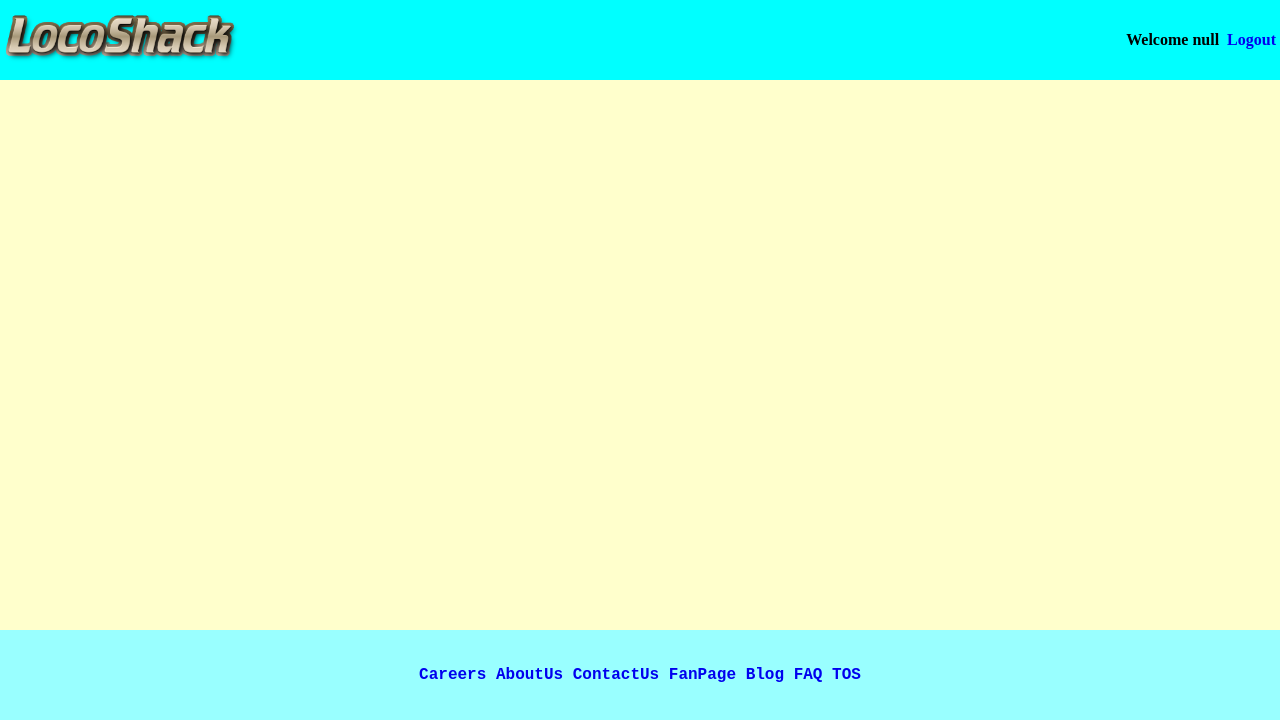
Repository: nicks707/LocoShack_TGMC-project
Page: http://localhost/ram/createsurvey.jsp
These files come from the project's save history. The page is drawn as it stood at one moment and after the next save; the edit follows.
The browser window is 1280 px wide. The pictures show the whole page.
The page is served by Tomcat 9. Other server files are loaded and not shown.

Above is the page before, as saved 2012-03-21 05:47:57.

### ram/WebContent/createsurvey.jsp
<%@ page language="java" contentType="text/html; charset=ISO-8859-1"
    pageEncoding="ISO-8859-1"%>
<!DOCTYPE html PUBLIC "-//W3C//DTD HTML 4.01 Transitional//EN" "http://www.w3.org/TR/html4/loose.dtd">
<html>
<head>
<meta http-equiv="Content-Type" content="text/html; charset=ISO-8859-1">
<title>LocoShack-Create Survey</title>
<style>
html, body,table
{
  height: 100%;
  width:100%;
}
</style>

</head>
<body style="margin-top:0px;margin-left:0px;margin-right:0px">
<table width="100%" cellpadding="0" cellspacing="0"   style="background-color:#FFFFCC">
<tr height="60px"><td><jsp:include page="accheader.jsp"></jsp:include></td></tr>

<tr><td></td></tr>
<tr height="80px"><td><jsp:include page="footer.jsp"></jsp:include></td></tr>
</table>
</body>
</html>

### ram/WebContent/accheader.jsp
<%@ page language="java" contentType="text/html; charset=ISO-8859-1"
    pageEncoding="ISO-8859-1"%>
<!DOCTYPE html PUBLIC "-//W3C//DTD HTML 4.01 Transitional//EN" "http://www.w3.org/TR/html4/loose.dtd">
<html>
<head>
<meta http-equiv="Content-Type" content="text/html; charset=ISO-8859-1">
<title>Insert title here</title>
<style>
a{text-decoration: none;}
</style>
</head>
<body style="margin-top:0px;margin-left:0px;margin-right:0px">
<table bgcolor="#00FFFF" width="100%" cellpadding="0" cellspacing="0">
<tr height="80px"><td>&nbsp;<a href="main2.jsp"><img src="images/logo.png" border="0px" height="50px"></img></a></td><td>&nbsp;</td><td align="right"><b>Welcome <%=session.getAttribute("id") %> <a href="logout.jsp">&nbsp;Logout&nbsp;</a><b></b></td></tr>
</table>


</body>

</body>
</html>

### ram/WebContent/footer.jsp
<%@ page language="java" contentType="text/html; charset=ISO-8859-1"
    pageEncoding="ISO-8859-1"%>
<!DOCTYPE html PUBLIC "-//W3C//DTD HTML 4.01 Transitional//EN" "http://www.w3.org/TR/html4/loose.dtd">
<html>
<head>
<meta http-equiv="Content-Type" content="text/html; charset=ISO-8859-1">
<title>Insert title here</title>
</head>
<style>
a{text-decoration:none;}
</style>
<body style="margin-top:0px;margin-left:0px;margin-right:0px;">
<table width=100% border="0px" cellpadding="0px" cellspacing="0px">
<tr    bgcolor="#99FFFF" style="height:90px;">
<td  colspan="3" width="100%"  align="center"> <font color="#330099" face="Courier New, Courier, monospace"><b><a href="careers.jsp">Careers</a> <a href="abtus.jsp">AboutUs</a> <a href="contact.jsp">ContactUs</a> <a href="http://www.facebook.com">FanPage</a> <a href="blog.jsp">Blog</a> <a href="faq.jsp">FAQ</a> <a href="tos.jsp">TOS</a></b></font></td>
</tr>


</table>

</body>
</html>

After the next save:
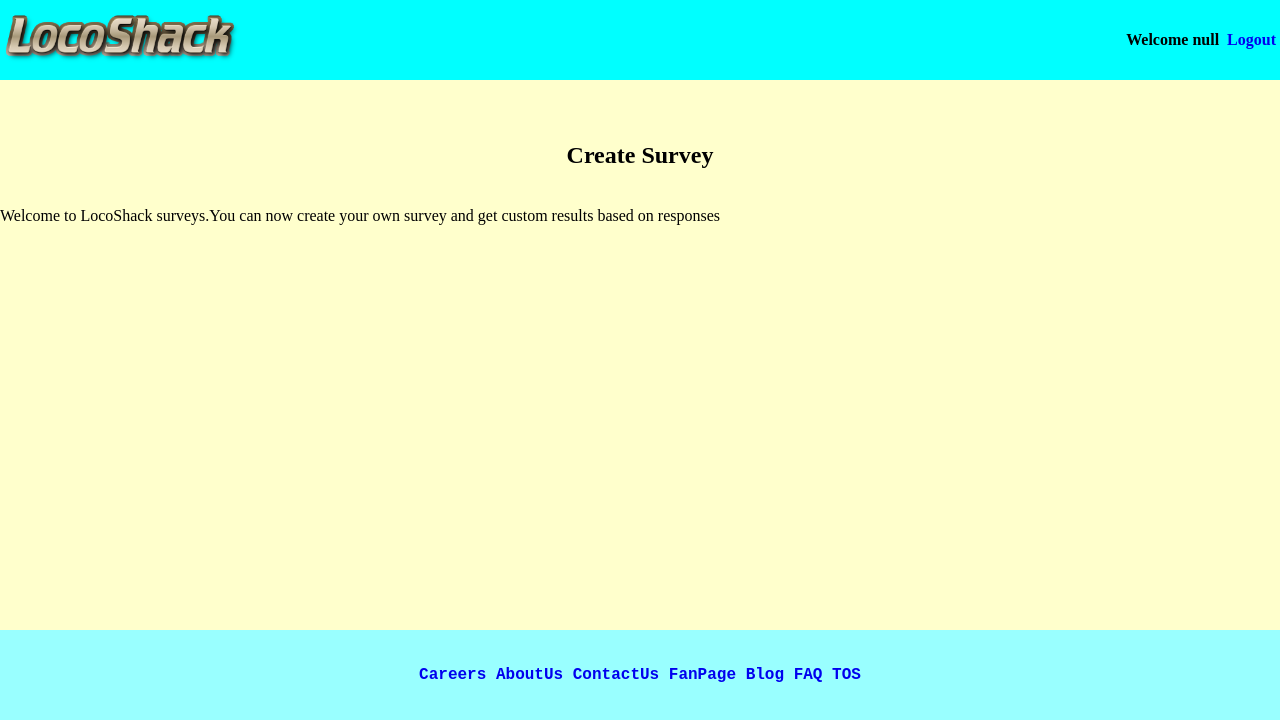
Saved 2 min 19 s later.
--- a/ram/WebContent/createsurvey.jsp
+++ b/ram/WebContent/createsurvey.jsp
@@ -17,8 +17,11 @@ html, body,table
 <body style="margin-top:0px;margin-left:0px;margin-right:0px">
 <table width="100%" cellpadding="0" cellspacing="0"   style="background-color:#FFFFCC">
 <tr height="60px"><td><jsp:include page="accheader.jsp"></jsp:include></td></tr>
-
-<tr><td></td></tr>
+<tr><td>
+<center><b><h2>Create Survey</h2></b></center><br/>
+Welcome to LocoShack surveys.You can now create your own survey and get custom results based on responses<br/>
+</td></tr>
+<tr><td style="padding:100px;"></td></tr>
 <tr height="80px"><td><jsp:include page="footer.jsp"></jsp:include></td></tr>
 </table>
 </body>
